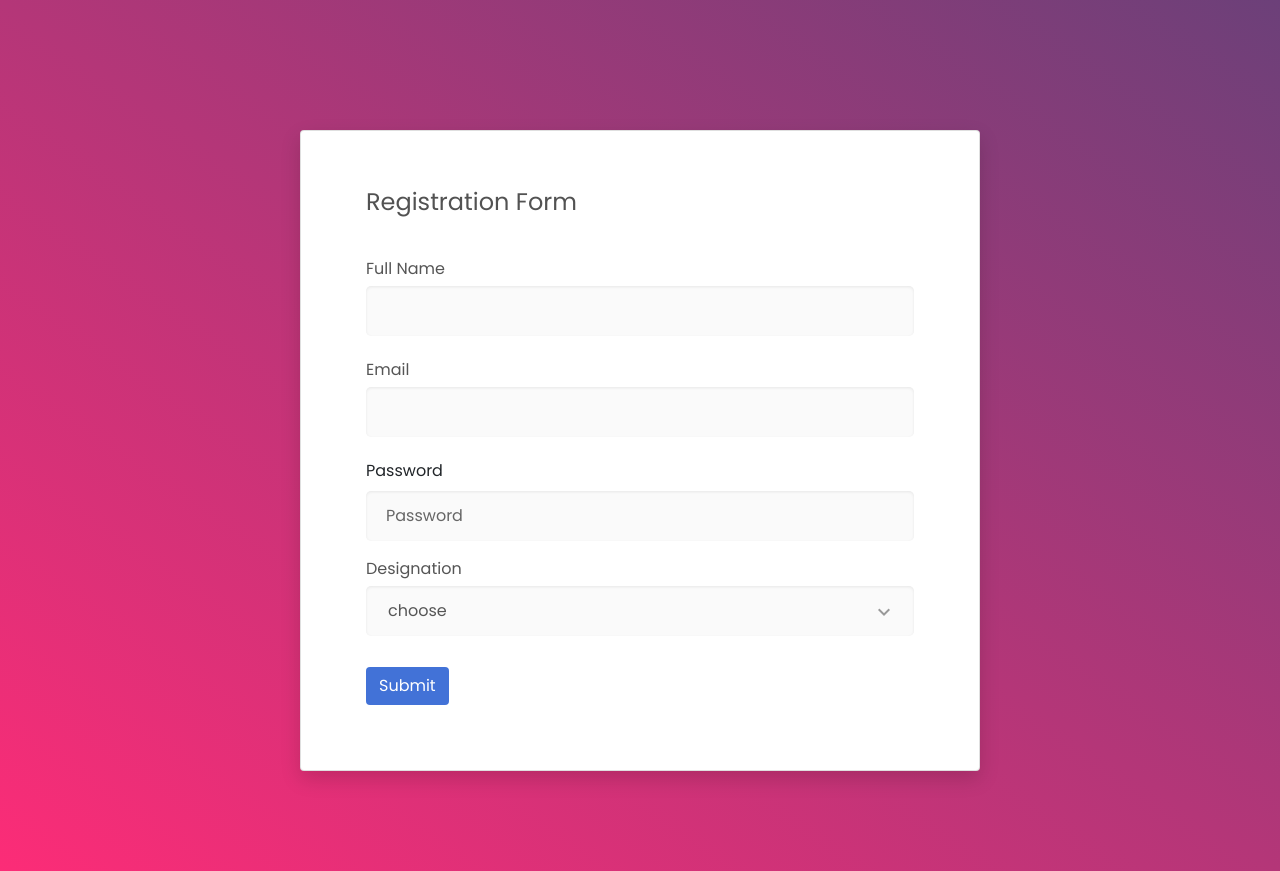
Repository: AbdulRehman0/registration
Page: http://localhost/registration.php
The author's editor kept a copy of each file at every save. The page is drawn from the files as they stood at one save, then again after the next save.
The browser window is 1280 px wide. The pictures show the whole page.
The page is run by PHP 8.4 with error messages shown; the project is at /var/www/html/. Other server files are loaded and not shown.

Above is the page before, as saved 2021-01-05 15:44:19.

### registration.php
<?php
include "./templates/header.php";
?>
<body>
    <div class="page-wrapper bg-gra-02 p-t-130 p-b-100 font-poppins">
        <div class="wrapper wrapper--w680">
            <div class="card card-4">
                <div class="card-body">
                    <h2 class="title">Registration Form</h2>
                    <form method="POST">
                        <div class="row">

                            <div class="col-md-12">
                                <div class="input-group">
                                    <label class="label">Full Name</label>
                                    <input class="input--style-4" type="text" name="full name">
                                </div>
                            </div>
                        </div>

                        <div class="row row-space">
                            <div class="col-md-12">
                                <div class="input-group">
                                    <label class="label">Email</label>
                                    <input class="input--style-4" type="email" name="email">
                                </div>
                            </div>
                        </div>
                        <div class="row row-space">
                            <div class="col-md-12">
                                <div class="form-group">
                                    <label for="exampleInputPassword1">Password</label>
                                    <input type="password" class="input--style-4" id="exampleInputPassword1" placeholder="Password">
                                </div>
                            </div>
                        </div>

                        <div class="row row-space">
                            <div class="col-md-12">
                                <div class="form-group">
                                    <label class="label">Designation</label>
                                    <div class="rs-select2 js-select-simple select--no-search">
                                        <select class="input--style-4" name="subject">
                                            <option disabled="disabled" selected="selected">choose</option>
                                            <option value="1">Admin</option>
                                            <option value="2">Editor</option>
                                        </select>
                                        <div class="select-dropdown"></div>
                                    </div>
                                </div>
                                </div>
                        </div>
                        <div class="p-t-15">
                            <button class="btn btn--radius-2 btn--blue" type="submit">Submit</button>
                        </div>
                    </form>
                </div>
            </div>
        </div>
    </div>

</body><!-- This templates was made by Colorlib (https://colorlib.com) -->

<?php
include "./templates/footer.php";
?>

### templates/header.php
<!DOCTYPE html>
<html lang="en">

<head>
    <!-- Required meta tags-->
    <meta charset="UTF-8">
    <meta name="viewport" content="width=device-width, initial-scale=1, shrink-to-fit=no">
    <meta name="description" content="Colorlib Templates">
    <meta name="author" content="Colorlib">
    <meta name="keywords" content="Colorlib Templates">

    <!-- Title Page-->
    <title>Au Register Forms by Colorlib</title>

    <!-- Icons font CSS-->
    <link href="vendor/mdi-font/css/material-design-iconic-font.min.css" rel="stylesheet" media="all">
    <link href="vendor/font-awesome-4.7/css/font-awesome.min.css" rel="stylesheet" media="all">
    <!-- Font special for pages-->
    <link href="https://fonts.googleapis.com/css?family=Poppins:100,100i,200,200i,300,300i,400,400i,500,500i,600,600i,700,700i,800,800i,900,900i" rel="stylesheet">

    <!-- Vendor CSS-->
    <link href="vendor/select2/select2.min.css" rel="stylesheet" media="all">
    <link href="vendor/datepicker/daterangepicker.css" rel="stylesheet" media="all">

    <!-- Main CSS-->
    <link href="./assets/css/app.css" rel="stylesheet" media="all">
    <link rel="stylesheet" href="https://maxcdn.bootstrapcdn.com/bootstrap/4.0.0/css/bootstrap.min.css" integrity="sha384-Gn5384xqQ1aoWXA+058RXPxPg6fy4IWvTNh0E263XmFcJlSAwiGgFAW/dAiS6JXm" crossorigin="anonymous">
</head>

### templates/footer.php

</html>
<!-- end document-->
<!-- Jquery JS-->
<script src="vendor/jquery/jquery.min.js"></script>
    <!-- Vendor JS-->
    <script src="vendor/select2/select2.min.js"></script>
    <script src="vendor/datepicker/moment.min.js"></script>
    <script src="vendor/datepicker/daterangepicker.js"></script>

    <!-- Main JS-->
    <script src="./assets/js/app.js"></script>

### assets/css/app.css

/* ==========================================================================
   #FONT
   ========================================================================== */
   .font-robo {
    font-family: "Roboto", "Arial", "Helvetica Neue", sans-serif;
  }

  .font-poppins {
    font-family: "Poppins", "Arial", "Helvetica Neue", sans-serif;
  }

  /* ==========================================================================
     #GRID
     ========================================================================== */
  .row {
    display: -webkit-box;
    display: -webkit-flex;
    display: -moz-box;
    display: -ms-flexbox;
    display: flex;
    -webkit-flex-wrap: wrap;
    -ms-flex-wrap: wrap;
    flex-wrap: wrap;
  }

  .row-space {
    -webkit-box-pack: justify;
    -webkit-justify-content: space-between;
    -moz-box-pack: justify;
    -ms-flex-pack: justify;
    justify-content: space-between;
  }

  .col-2 {
    width: -webkit-calc((100% - 30px) / 2);
    width: -moz-calc((100% - 30px) / 2);
    width: calc((100% - 30px) / 2);
  }

  @media (max-width: 767px) {
    .col-2 {
      width: 100%;
    }
  }

  /* ==========================================================================
     #BOX-SIZING
     ========================================================================== */
  /**
   * More sensible default box-sizing:
   * css-tricks.com/inheriting-box-sizing-probably-slightly-better-best-practice
   */
  html {
    -webkit-box-sizing: border-box;
    -moz-box-sizing: border-box;
    box-sizing: border-box;
  }

  * {
    padding: 0;
    margin: 0;
  }

  *, *:before, *:after {
    -webkit-box-sizing: inherit;
    -moz-box-sizing: inherit;
    box-sizing: inherit;
  }

  /* ==========================================================================
     #RESET
     ========================================================================== */
  /**
   * A very simple reset that sits on top of Normalize.css.
   */
  body,
  h1, h2, h3, h4, h5, h6,
  blockquote, p, pre,
  dl, dd, ol, ul,
  figure,
  hr,
  fieldset, legend {
    margin: 0;
    padding: 0;
  }

  /**
   * Remove trailing margins from nested lists.
   */
  li > ol,
  li > ul {
    margin-bottom: 0;
  }

  /**
   * Remove default table spacing.
   */
  table {
    border-collapse: collapse;
    border-spacing: 0;
  }

  /**
   * 1. Reset Chrome and Firefox behaviour which sets a `min-width: min-content;`
   *    on fieldsets.
   */
  fieldset {
    min-width: 0;
    /* [1] */
    border: 0;
  }

  button {
    outline: none;
    background: none;
    border: none;
  }

  /* ==========================================================================
     #PAGE WRAPPER
     ========================================================================== */
  .page-wrapper {
    min-height: 100vh;
  }

  body {
    font-family: "Poppins", "Arial", "Helvetica Neue", sans-serif;
    font-weight: 400;
    font-size: 14px;
  }

  h1, h2, h3, h4, h5, h6 {
    font-weight: 400;
  }

  h1 {
    font-size: 36px;
  }

  h2 {
    font-size: 30px;
  }

  h3 {
    font-size: 24px;
  }

  h4 {
    font-size: 18px;
  }

  h5 {
    font-size: 15px;
  }

  h6 {
    font-size: 13px;
  }

  /* ==========================================================================
     #BACKGROUND
     ========================================================================== */
  .bg-blue {
    background: #2c6ed5;
  }

  .bg-red {
    background: #fa4251;
  }

  .bg-gra-01 {
    background: -webkit-gradient(linear, left bottom, left top, from(#fbc2eb), to(#a18cd1));
    background: -webkit-linear-gradient(bottom, #fbc2eb 0%, #a18cd1 100%);
    background: -moz-linear-gradient(bottom, #fbc2eb 0%, #a18cd1 100%);
    background: -o-linear-gradient(bottom, #fbc2eb 0%, #a18cd1 100%);
    background: linear-gradient(to top, #fbc2eb 0%, #a18cd1 100%);
  }

  .bg-gra-02 {
    background: -webkit-gradient(linear, left bottom, right top, from(#fc2c77), to(#6c4079));
    background: -webkit-linear-gradient(bottom left, #fc2c77 0%, #6c4079 100%);
    background: -moz-linear-gradient(bottom left, #fc2c77 0%, #6c4079 100%);
    background: -o-linear-gradient(bottom left, #fc2c77 0%, #6c4079 100%);
    background: linear-gradient(to top right, #fc2c77 0%, #6c4079 100%);
  }

  /* ==========================================================================
     #SPACING
     ========================================================================== */
  .p-t-100 {
    padding-top: 100px;
  }

  .p-t-130 {
    padding-top: 130px;
  }

  .p-t-180 {
    padding-top: 180px;
  }

  .p-t-20 {
    padding-top: 20px;
  }

  .p-t-15 {
    padding-top: 15px;
  }

  .p-t-10 {
    padding-top: 10px;
  }

  .p-t-30 {
    padding-top: 30px;
  }

  .p-b-100 {
    padding-bottom: 100px;
  }

  .m-r-45 {
    margin-right: 45px;
  }

  /* ==========================================================================
     #WRAPPER
     ========================================================================== */
  .wrapper {
    margin: 0 auto;
  }

  .wrapper--w960 {
    max-width: 960px;
  }

  .wrapper--w780 {
    max-width: 780px;
  }

  .wrapper--w680 {
    max-width: 680px;
  }

  /* ==========================================================================
     #BUTTON
     ========================================================================== */
  .btn {
    display: inline-block;
    line-height: 50px;
    padding: 0 50px;
    -webkit-transition: all 0.4s ease;
    -o-transition: all 0.4s ease;
    -moz-transition: all 0.4s ease;
    transition: all 0.4s ease;
    cursor: pointer;
    font-size: 18px;
    color: #fff;
    font-family: "Poppins", "Arial", "Helvetica Neue", sans-serif;
  }

  .btn--radius {
    -webkit-border-radius: 3px;
    -moz-border-radius: 3px;
    border-radius: 3px;
  }

  .btn--radius-2 {
    -webkit-border-radius: 5px;
    -moz-border-radius: 5px;
    border-radius: 5px;
  }

  .btn--pill {
    -webkit-border-radius: 20px;
    -moz-border-radius: 20px;
    border-radius: 20px;
  }

  .btn--green {
    background: #57b846;
  }

  .btn--green:hover {
    background: #4dae3c;
  }

  .btn--blue {
    background: #4272d7;
  }

  .btn--blue:hover {
    background: #3868cd;
  }

  /* ==========================================================================
     #DATE PICKER
     ========================================================================== */
  td.active {
    background-color: #2c6ed5;
  }

  input[type="date" i] {
    padding: 14px;
  }

  .table-condensed td, .table-condensed th {
    font-size: 14px;
    font-family: "Roboto", "Arial", "Helvetica Neue", sans-serif;
    font-weight: 400;
  }

  .daterangepicker td {
    width: 40px;
    height: 30px;
  }

  .daterangepicker {
    border: none;
    -webkit-box-shadow: 0px 8px 20px 0px rgba(0, 0, 0, 0.15);
    -moz-box-shadow: 0px 8px 20px 0px rgba(0, 0, 0, 0.15);
    box-shadow: 0px 8px 20px 0px rgba(0, 0, 0, 0.15);
    display: none;
    border: 1px solid #e0e0e0;
    margin-top: 5px;
  }

  .daterangepicker::after, .daterangepicker::before {
    display: none;
  }

  .daterangepicker thead tr th {
    padding: 10px 0;
  }

  .daterangepicker .table-condensed th select {
    border: 1px solid #ccc;
    -webkit-border-radius: 3px;
    -moz-border-radius: 3px;
    border-radius: 3px;
    font-size: 14px;
    padding: 5px;
    outline: none;
  }

  /* ==========================================================================
     #FORM
     ========================================================================== */
  input {
    outline: none;
    margin: 0;
    border: none;
    -webkit-box-shadow: none;
    -moz-box-shadow: none;
    box-shadow: none;
    width: 100%;
    font-size: 14px;
    font-family: inherit;
  }

  .input--style-4 {
    line-height: 50px;
    background: #fafafa;
    -webkit-box-shadow: inset 0px 1px 3px 0px rgba(0, 0, 0, 0.08);
    -moz-box-shadow: inset 0px 1px 3px 0px rgba(0, 0, 0, 0.08);
    box-shadow: inset 0px 1px 3px 0px rgba(0, 0, 0, 0.08);
    -webkit-border-radius: 5px;
    -moz-border-radius: 5px;
    border-radius: 5px;
    padding: 0 20px;
    font-size: 16px;
    color: #666;
    -webkit-transition: all 0.4s ease;
    -o-transition: all 0.4s ease;
    -moz-transition: all 0.4s ease;
    transition: all 0.4s ease;
  }

  .input--style-4::-webkit-input-placeholder {
    /* WebKit, Blink, Edge */
    color: #666;
  }

  .input--style-4:-moz-placeholder {
    /* Mozilla Firefox 4 to 18 */
    color: #666;
    opacity: 1;
  }

  .input--style-4::-moz-placeholder {
    /* Mozilla Firefox 19+ */
    color: #666;
    opacity: 1;
  }

  .input--style-4:-ms-input-placeholder {
    /* Internet Explorer 10-11 */
    color: #666;
  }

  .input--style-4:-ms-input-placeholder {
    /* Microsoft Edge */
    color: #666;
  }

  .label {
    font-size: 16px;
    color: #555;
    text-transform: capitalize;
    display: block;
    margin-bottom: 5px;
  }

  .radio-container {
    display: inline-block;
    position: relative;
    padding-left: 30px;
    cursor: pointer;
    font-size: 16px;
    color: #666;
    -webkit-user-select: none;
    -moz-user-select: none;
    -ms-user-select: none;
    user-select: none;
  }

  .radio-container input {
    position: absolute;
    opacity: 0;
    cursor: pointer;
  }

  .radio-container input:checked ~ .checkmark {
    background-color: #e5e5e5;
  }

  .radio-container input:checked ~ .checkmark:after {
    display: block;
  }

  .radio-container .checkmark:after {
    top: 50%;
    left: 50%;
    -webkit-transform: translate(-50%, -50%);
    -moz-transform: translate(-50%, -50%);
    -ms-transform: translate(-50%, -50%);
    -o-transform: translate(-50%, -50%);
    transform: translate(-50%, -50%);
    width: 12px;
    height: 12px;
    -webkit-border-radius: 50%;
    -moz-border-radius: 50%;
    border-radius: 50%;
    background: #57b846;
  }

  .checkmark {
    position: absolute;
    top: 50%;
    -webkit-transform: translateY(-50%);
    -moz-transform: translateY(-50%);
    -ms-transform: translateY(-50%);
    -o-transform: translateY(-50%);
    transform: translateY(-50%);
    left: 0;
    height: 20px;
    width: 20px;
    background-color: #e5e5e5;
    -webkit-border-radius: 50%;
    -moz-border-radius: 50%;
    border-radius: 50%;
    -webkit-box-shadow: inset 0px 1px 3px 0px rgba(0, 0, 0, 0.08);
    -moz-box-shadow: inset 0px 1px 3px 0px rgba(0, 0, 0, 0.08);
    box-shadow: inset 0px 1px 3px 0px rgba(0, 0, 0, 0.08);
  }

  .checkmark:after {
    content: "";
    position: absolute;
    display: none;
  }

  .input-group {
    position: relative;
    margin-bottom: 22px;
  }

  .input-group-icon {
    position: relative;
  }

  .input-icon {
    position: absolute;
    font-size: 18px;
    color: #999;
    right: 18px;
    top: 50%;
    -webkit-transform: translateY(-50%);
    -moz-transform: translateY(-50%);
    -ms-transform: translateY(-50%);
    -o-transform: translateY(-50%);
    transform: translateY(-50%);
    cursor: pointer;
  }

  /* ==========================================================================
     #SELECT2
     ========================================================================== */
  .select--no-search .select2-search {
    display: none !important;
  }

  .rs-select2 .select2-container {
    width: 100% !important;
    outline: none;
    background: #fafafa;
    -webkit-box-shadow: inset 0px 1px 3px 0px rgba(0, 0, 0, 0.08);
    -moz-box-shadow: inset 0px 1px 3px 0px rgba(0, 0, 0, 0.08);
    box-shadow: inset 0px 1px 3px 0px rgba(0, 0, 0, 0.08);
    -webkit-border-radius: 5px;
    -moz-border-radius: 5px;
    border-radius: 5px;
  }

  .rs-select2 .select2-container .select2-selection--single {
    outline: none;
    border: none;
    height: 50px;
    background: transparent;
  }

  .rs-select2 .select2-container .select2-selection--single .select2-selection__rendered {
    line-height: 50px;
    padding-left: 0;
    color: #555;
    font-size: 16px;
    font-family: inherit;
    padding-left: 22px;
    padding-right: 50px;
  }

  .rs-select2 .select2-container .select2-selection--single .select2-selection__arrow {
    height: 50px;
    right: 20px;
    display: -webkit-box;
    display: -webkit-flex;
    display: -moz-box;
    display: -ms-flexbox;
    display: flex;
    -webkit-box-pack: center;
    -webkit-justify-content: center;
    -moz-box-pack: center;
    -ms-flex-pack: center;
    justify-content: center;
    -webkit-box-align: center;
    -webkit-align-items: center;
    -moz-box-align: center;
    -ms-flex-align: center;
    align-items: center;
  }

  .rs-select2 .select2-container .select2-selection--single .select2-selection__arrow b {
    display: none;
  }

  .rs-select2 .select2-container .select2-selection--single .select2-selection__arrow:after {
    font-family: "Material-Design-Iconic-Font";
    content: '\f2f9';
    font-size: 24px;
    color: #999;
    -webkit-transition: all 0.4s ease;
    -o-transition: all 0.4s ease;
    -moz-transition: all 0.4s ease;
    transition: all 0.4s ease;
  }

  .rs-select2 .select2-container.select2-container--open .select2-selection--single .select2-selection__arrow::after {
    -webkit-transform: rotate(-180deg);
    -moz-transform: rotate(-180deg);
    -ms-transform: rotate(-180deg);
    -o-transform: rotate(-180deg);
    transform: rotate(-180deg);
  }

  .select2-container--open .select2-dropdown--below {
    border: none;
    -webkit-border-radius: 3px;
    -moz-border-radius: 3px;
    border-radius: 3px;
    -webkit-box-shadow: 0px 8px 20px 0px rgba(0, 0, 0, 0.15);
    -moz-box-shadow: 0px 8px 20px 0px rgba(0, 0, 0, 0.15);
    box-shadow: 0px 8px 20px 0px rgba(0, 0, 0, 0.15);
    border: 1px solid #e0e0e0;
    margin-top: 5px;
    overflow: hidden;
  }

  .select2-container--default .select2-results__option {
    padding-left: 22px;
  }

  /* ==========================================================================
     #TITLE
     ========================================================================== */
  .title {
    font-size: 24px;
    color: #525252;
    font-weight: 400;
    margin-bottom: 40px;
  }

  /* ==========================================================================
     #CARD
     ========================================================================== */
  .card {
    -webkit-border-radius: 3px;
    -moz-border-radius: 3px;
    border-radius: 3px;
    background: #fff;
  }

  .card-4 {
    background: #fff;
    -webkit-border-radius: 10px;
    -moz-border-radius: 10px;
    border-radius: 10px;
    -webkit-box-shadow: 0px 8px 20px 0px rgba(0, 0, 0, 0.15);
    -moz-box-shadow: 0px 8px 20px 0px rgba(0, 0, 0, 0.15);
    box-shadow: 0px 8px 20px 0px rgba(0, 0, 0, 0.15);
  }

  .card-4 .card-body {
    padding: 57px 65px;
    padding-bottom: 65px;
  }

  @media (max-width: 767px) {
    .card-4 .card-body {
      padding: 50px 40px;
    }
  }

### assets/js/app.js
(function ($) {
  'use strict';
  /*==================================================================
      [ Daterangepicker ]*/
  try {
      $('.js-datepicker').daterangepicker({
          "singleDatePicker": true,
          "showDropdowns": true,
          "autoUpdateInput": false,
          locale: {
              format: 'DD/MM/YYYY'
          },
      });

      var myCalendar = $('.js-datepicker');
      var isClick = 0;

      $(window).on('click',function(){
          isClick = 0;
      });

      $(myCalendar).on('apply.daterangepicker',function(ev, picker){
          isClick = 0;
          $(this).val(picker.startDate.format('DD/MM/YYYY'));

      });

      $('.js-btn-calendar').on('click',function(e){
          e.stopPropagation();

          if(isClick === 1) isClick = 0;
          else if(isClick === 0) isClick = 1;

          if (isClick === 1) {
              myCalendar.focus();
          }
      });

      $(myCalendar).on('click',function(e){
          e.stopPropagation();
          isClick = 1;
      });

      $('.daterangepicker').on('click',function(e){
          e.stopPropagation();
      });


  } catch(er) {console.log(er);}
  /*[ Select 2 Config ]
      ===========================================================*/

  try {
      var selectSimple = $('.js-select-simple');

      selectSimple.each(function () {
          var that = $(this);
          var selectBox = that.find('select');
          var selectDropdown = that.find('.select-dropdown');
          selectBox.select2({
              dropdownParent: selectDropdown
          });
      });

  } catch (err) {
      console.log(err);
  }


})(jQuery);

After the next save:
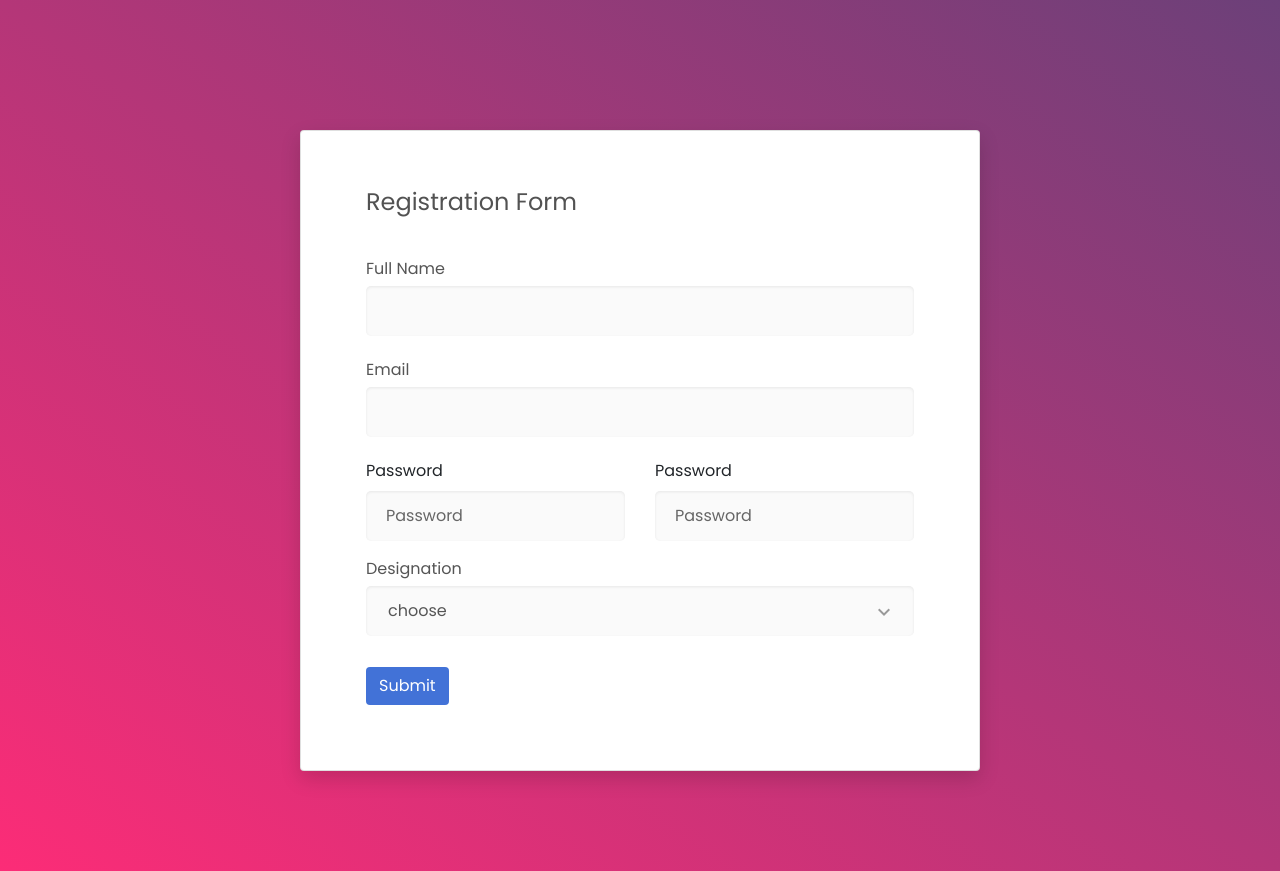
Saved 88 s later.
--- a/registration.php
+++ b/registration.php
@@ -13,7 +13,7 @@ include "./templates/header.php";
                             <div class="col-md-12">
                                 <div class="input-group">
                                     <label class="label">Full Name</label>
-                                    <input class="input--style-4" type="text" name="full name">
+                                    <input class="input--style-4" type="text" name="full-name">
                                 </div>
                             </div>
                         </div>
@@ -27,10 +27,16 @@ include "./templates/header.php";
                             </div>
                         </div>
                         <div class="row row-space">
-                            <div class="col-md-12">
+                            <div class="col-md-6">
                                 <div class="form-group">
                                     <label for="exampleInputPassword1">Password</label>
-                                    <input type="password" class="input--style-4" id="exampleInputPassword1" placeholder="Password">
+                                    <input type="password" class="input--style-4" id="exampleInputPassword1" name="pass1" placeholder="Password">
+                                </div>
+                            </div>
+                            <div class="col-md-6">
+                                <div class="form-group">
+                                    <label for="exampleInputPassword2">Password</label>
+                                    <input type="password" class="input--style-4" id="exampleInputPassword2" name="pass2" placeholder="Password">
                                 </div>
                             </div>
                         </div>
@@ -40,7 +46,7 @@ include "./templates/header.php";
                                 <div class="form-group">
                                     <label class="label">Designation</label>
                                     <div class="rs-select2 js-select-simple select--no-search">
-                                        <select class="input--style-4" name="subject">
+                                        <select class="input--style-4" name="designation">
                                             <option disabled="disabled" selected="selected">choose</option>
                                             <option value="1">Admin</option>
                                             <option value="2">Editor</option>
